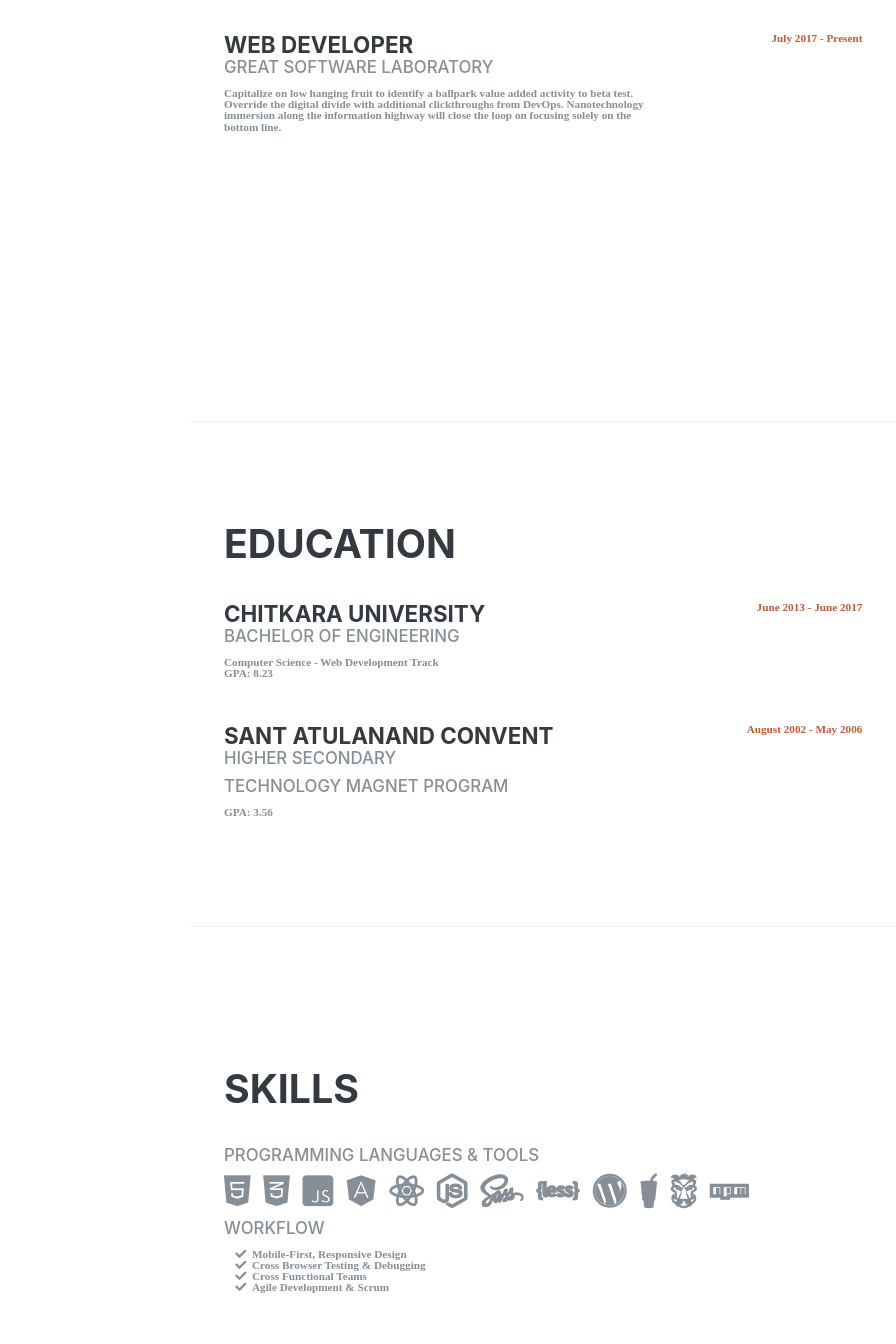
Repository: ankitkeshari719/ankitkeshari719.github.io
Page: index.html
These files come from the project's save history. The page is drawn as it stood at one moment and after a run of saves; the edit follows.
The browser window is 1280 px wide. The pictures show the part of the page from y = 838 to 2758 px (the page is 4349 px tall), at 70% of full size.
Some web fonts or font styles are not loaded; a fallback is used.

Above is the page before, as saved 2020-03-13 16:09:50.

After the next 2 saves:
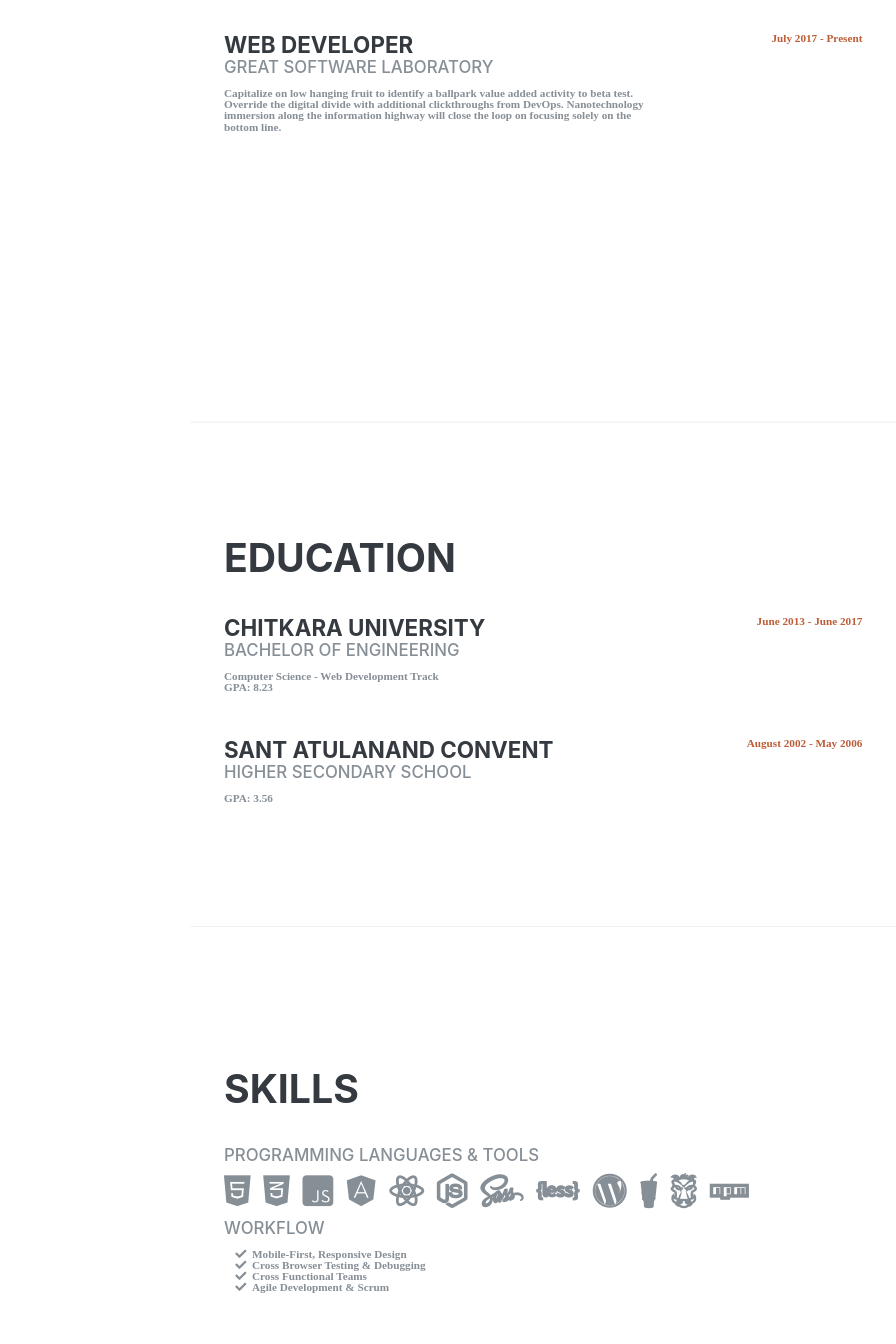
The 2 saves are shown as one change because they came seconds apart.
The last was saved 11 s later.
--- a/index.html
+++ b/index.html
@@ -160,8 +160,7 @@
         <div class="resume-item d-flex flex-column flex-md-row justify-content-between">
           <div class="resume-content">
             <h3 class="mb-0">Sant Atulanand Convent</h3>
-            <div class="subheading mb-3">Higher secondary</div>
-            <div class="subheading mb-3">Technology Magnet Program</div>
+            <div class="subheading mb-3">Higher secondary School</div>
             <p>GPA: 3.56</p>
           </div>
           <div class="resume-date text-md-right">
